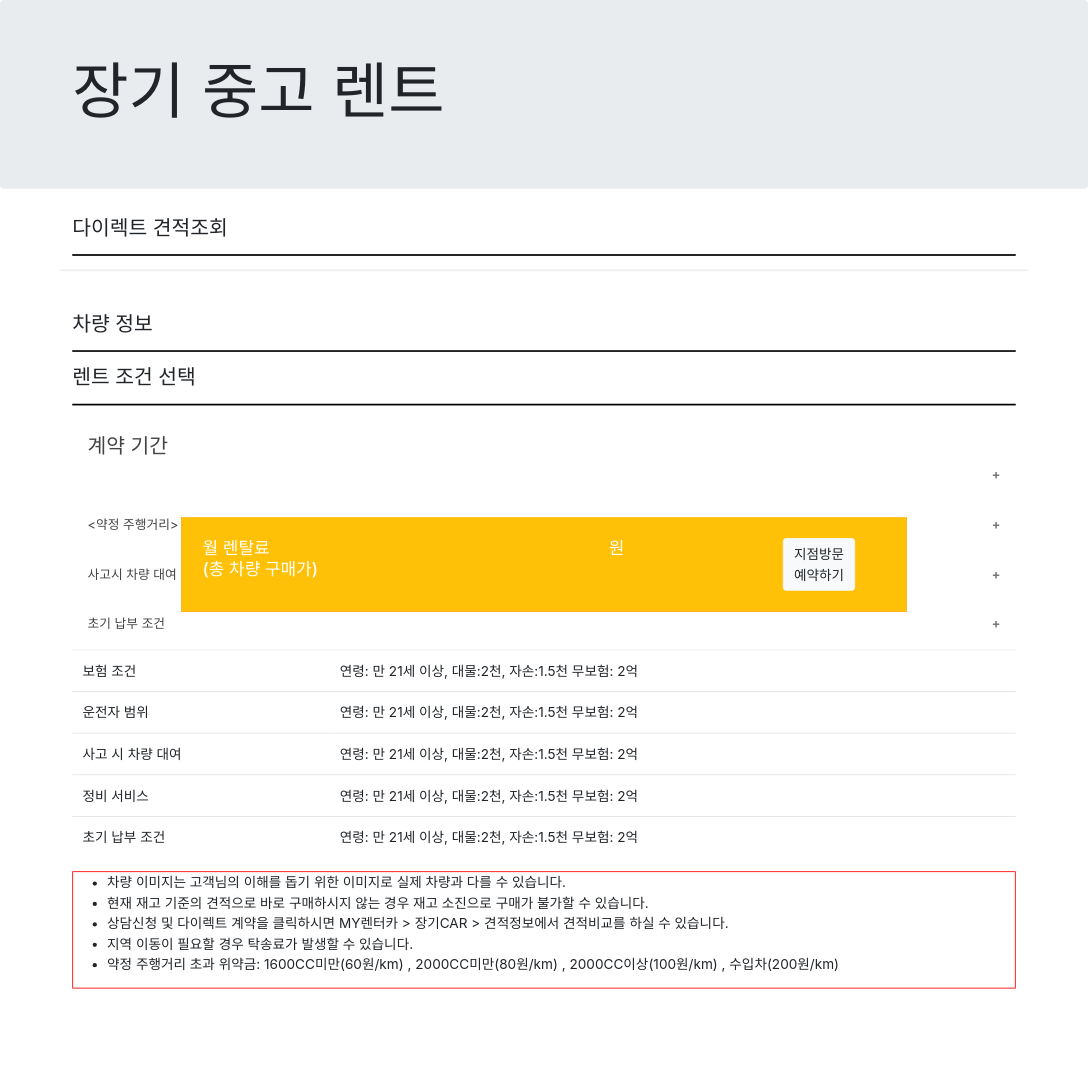
Repository: hyebinkim00/Project
Page: http://localhost/jsp/long_lent_oldcar/carLent.jsp
An editor plug-in stored every save of this project. The page is shown before and after the next save, followed by the edit.
The browser window is 1280 px wide. The pictures show the whole page, at 85% of full size.
The page is served by Tomcat 9. Other server files are loaded and not shown. Queries for data that is not in the repository find no rows.

Above is the page before, as saved 2020-09-23 00:59:39.

### jsp/WebContent/long_lent_oldcar/carLent.jsp
<%@page import="java.net.URLDecoder"%>
<%@page language="java" contentType="text/html; charset=UTF-8" pageEncoding="UTF-8"%>
<%@taglib prefix="c" uri="http://java.sun.com/jsp/jstl/core" %>
<%@taglib prefix="sql" uri="http://java.sun.com/jsp/jstl/sql"  %>
<% request.setCharacterEncoding("utf-8");
//URLEncoder.encode

String carname=request.getParameter("carname");
/* String carname = new String(request.getParameter("carname").getBytes("8859_1"), "EUC-KR"); */

%>

<!DOCTYPE html>
<html>
<head>
<meta name="viewport" content="width=device-width, initial-scale=1">
<style>
.accordion {
  background-color: white;
  color: #444;
  cursor: pointer;
  padding: 18px;
  width: 100%;
  border: none;
  text-align: left;
  outline: none;
  font-size: 15px;
  transition: 0.4s;
}

.active, .accordion:hover {
  background-color: orange;
}

.accordion:after {
  content: '\002B';
  color: #777;
  font-weight: bold;
  float: right;
  margin-left: 5px;
}

.active:after {
  content: "\2212";
}

.panel {
  padding: 0 18px;
  max-height: 0;
  overflow: hidden;
  transition: max-height 0.2s ease-out;
}

div.f{
border: 1px solid red;}
</style>
 <link rel="stylesheet" href="https://maxcdn.bootstrapcdn.com/bootstrap/4.5.2/css/bootstrap.min.css">
<meta charset="UTF-8" />
<title>장기 중고 상세</title>
<script src="https://code.jquery.com/jquery-3.5.1.min.js"></script>
<script src="https://ajax.googleapis.com/ajax/libs/jquery/3.5.1/jquery.min.js"></script>
</head>  <script src="https://maxcdn.bootstrapcdn.com/bootstrap/4.5.2/js/bootstrap.min.js"></script>
<body>
<script type="text/javascript">

		function checkTest1() {

			let testValue = document.getElementById("cntrTermMm1").value;

			document.getElementById("result1").innerHTML = testValue;



		}
</script>

<script type="text/javascript">

		function termtest(cmd) {

			let testValue = document.getElementById(cmd).value;

			document.getElementById("result2").innerHTML = testValue;

			document.getElementById("parpa").value=testValue;

		}
</script>

<script type="text/javascript">

		function checkTest3() {

			let testValue = document.getElementById("cntrTermMm3").value;

			document.getElementById("result3").innerHTML = testValue;

		}
</script>


<script type="text/javascript">

		function checkTest4() {
			let testValue = document.getElementById("cntrTermMm4").value;

			let a = document.getElementById("price").value;

			alert(testValue);

			let d= a-(a* testValue);


			alert(d);

			document.getElementById("mprice").value = d;

			document.getElementById("result4").innerHTML=d+'원';
			let o=document.getElementById("mprice").value;

			alert(o);

		}
</script>

<script>
function go(){
	let form= document.userinput;
	form.submit();

}
</script>



	<div class="jumbotron">
		<div class="container">
			<h1 class="display-3">장기 중고 렌트</h1>
		</div>
	</div>

<div class="container">
<h4>다이렉트 견적조회</h4>
<hr style="border: solid 1px black " />

	<div class="row" style="border: 1px solid #eeeeee">
		<sql:setDataSource var="dataSource"
			url="jdbc:oracle:thin:@localhost:1521:XE"
			driver="oracle.jdbc.driver.OracleDriver"
			user="hr" password="hr"/>
			<sql:query var="resultSet" dataSource="${dataSource}">
			select * from member where id=?
			 <sql:param value="${param.carname}"/>
			</sql:query>
			<c:forEach var="row" items="${resultSet.rows}">
			<div class="col-md-5" style="border-spacing: 5px;">

				<img src="../resources/images/${row.carname}.jpg" style="width: 100%;">
			</div>
			<div class="col-md-1">

			</div>
			<div class="col-md-6">
				<br><br>


				<h3>
				<c:out value="${row.carname}"/>
				</h3>

				<hr>
				<table>
					<tr>
						<td colspan="2"><span><strong>모델명</strong></span></td>
						<td><c:out value="${row.carname}"/></td>
					</tr>
					<tr>
						<td colspan="2"><span><strong>소비자 가</strong></span>  &nbsp; &nbsp; &nbsp;</td>
						<td><c:out value="${row.carprice}"/></td>
					</tr>
					<tr>
						<td colspan="2"><span><strong>계약 기간</strong></span></td>
						<td>최대<c:out value="${row.lent}"/>개월</td>
					</tr>
				</table>
				<hr>
				<p>
					표준렌탈료 &nbsp; &nbsp; &nbsp; <font size="5" color="red"> <c:out value="${row.monthprice }" /></font>원
				</p>

			</div>
			<c:set var="lentt" value="${row.lent}"/>

			</c:forEach>
		</div>



		<div>
		<br><br>
			<h4>차량 정보</h4>
			<hr style="border: solid 1px black " />
			<div>
			<sql:query var="resultSet" dataSource="${dataSource}">
			select * from member where id=?
			 <sql:param value="${param.carname}"/>
			</sql:query>
			<c:forEach var="row" items="${resultSet.rows}">
				<table class="table" id="table">
					<tr>
						<th class="bg-light text-dark">제조사</th>
						<td><c:out value="${row.facname}"></c:out></td>
						<th class="bg-light text-dark">차량번호</th>
						<td><c:out value="${row.id}"></c:out></td>
					</tr>
					<tr>
						<th class="bg-light text-dark">차종</th>
						<td><c:out value="${row.carnum}"></c:out></td>
						<th class="bg-light text-dark">최초 등록일</th>
						<td>2017-10-18</td>
					</tr>
					<tr>
						<th class="bg-light text-dark">모델명</th>
						<td colspan="3"><c:out value="${row.carname}"></c:out></td>
					</tr>
					<tr>
						<th class="bg-light text-dark">제조사차량옵션</th>
						<td colspan="3">4단자동변속기</td>
					</tr>
					<tr>
						<th class="bg-light text-dark" >제조사차량옵션2</th>
						<td colspan="3">-</td>
					</tr>
					<tr>
						<th class="bg-light text-dark">연료</th>
						<td><c:out value="${row.fuel}"/></td>
						<th class="bg-light text-dark">지점</th>
						<td><c:out value="${row.lentoffice}"/></td>
					</tr>

				</table>
				<c:set var="car_price" value="${row.monthprice }"> </c:set>
				<c:set var="car_name" value="${row.carname }"> </c:set>
				<c:set var="lent_office" value="${row.lentoffice }"> </c:set>
				<c:set var="prices" value="${row.carprice }"> </c:set>
				</c:forEach>
			</div>


		</div>

<div>
<h4> 렌트 조건 선택 </h4>
<hr style="border: solid 1px black " />


<form method="post" action="shortTerm_payment2.jsp" name="userinput" >

<input type="hidden" id="car" name="car" value="${param.carname}">
<input type="hidden" id="carn" name="carn" value="${car_name}">
<input type="hidden" id="carof" name="carof" value="${lent_office}">

<button type="button" class="accordion"><h4>계약 기간</h4><span id="result1"></span></button>
<div class="panel bg-light "><span class="col-sm-3"><strong><br>차량 운행할수 있는 총 대여기간:</strong></span>
<select name="cntrTermMm1" id="cntrTermMm1" class="option01 col-sm-3" onchange="checkTest1()" >
<c:forEach var="i" begin="1" end="${lentt}">
<option value="<c:out value="${i}"/>개월"><c:out value="${i}"/>개월</option>	</c:forEach>
</select>
<br><br>
</div>

<button type="button" class="accordion"><약정 주행거리> <span id="result2"></span></button>
<div class="panel bg-light"><span>계약기간 총 주행거리 초과 시 위약금 발생  </span>
<br><br>
<input class ="btn btn-outline-warning" type="button" id="lent_term1" name="lent_term1" value="월  2천  Km 이하" onclick="termtest('lent_term1')">
<input class ="btn btn-outline-warning" type="button" id="lent_term2" name="lent_term2" value="월  3천  Km 이하" onclick="termtest('lent_term2')">
<input class ="btn btn-outline-warning" type="button" id="lent_term3" name="lent_term3" value="월  4천  Km 이하" onclick="termtest('lent_term3')">
<input  id="parpa" name="parpa" type="hidden" value=" ">
<br><br>
</div>

<button type="button" class="accordion">사고시 차량 대여  <span id="result3"></span></button>
<div class="panel bg-light"><span>사고 발생시 대차 서비스 </span>
<select  name="cntrTermMm3" id="cntrTermMm3"  class="option03" onchange="checkTest3()" >
<option value="yes">포함</option>
<option value="no">불 포함</option>
</select>
</div>

<button type="button" class="accordion">초기 납부 조건 </button>
<div class="panel bg-light"><span>보증금을 보증보험으로 대체(보증보험 수수료 발생) </span>
<select  name="cntrTermMm4" id="cntrTermMm4"  class="option04" onchange="checkTest4()" >
<option value="0">보증 보험</option>
<option value="0.05">보증금 5%</option>
<option value="0.1">보증금 10%</option>
<option value="0.2">보증금 20%</option>
</select>

<input type="hidden" id="price" name="price" value="${car_price}">
<input type="hidden" id="mprice" name="mprice">
</div>



</form>

</div>




<table class="table talbe-hover">
<tr><td>보험 조건</td><td>연령: 만 21세 이상, 대물:2천, 자손:1.5천 무보험: 2억</td></tr>
<tr><td>운전자 범위</td><td>연령: 만 21세 이상, 대물:2천, 자손:1.5천 무보험: 2억</td></tr>
<tr><td>사고 시 차량 대여</td><td>연령: 만 21세 이상, 대물:2천, 자손:1.5천 무보험: 2억</td></tr>
<tr><td>정비 서비스</td><td>연령: 만 21세 이상, 대물:2천, 자손:1.5천 무보험: 2억</td></tr>
<tr><td>초기 납부 조건</td><td>연령: 만 21세 이상, 대물:2천, 자손:1.5천 무보험: 2억</td></tr>
</table>

<div class="f">
<ul>
<li>차량 이미지는 고객님의 이해를 돕기 위한 이미지로 실제 차량과 다를 수 있습니다.</li>
<li>현재 재고 기준의 견적으로 바로 구매하시지 않는 경우 재고 소진으로 구매가 불가할 수 있습니다.</li>
<li>상담신청 및 다이렉트 계약을 클릭하시면 <span class="cl-point2">MY렌터카 &gt; 장기CAR &gt; 견적정보</span>에서 견적비교를 하실 수 있습니다.</li>
<li>지역 이동이 필요할 경우 탁송료가 발생할 수 있습니다.</li>
<li>약정 주행거리 초과 위약금: 1600CC미만(60원/km) , 2000CC미만(80원/km) , 2000CC이상(100원/km) , 수입차(200원/km)</li>
</ul>

</div>




</div>



 <br><br><br><br><br>
<div class="container col-sm-8 fixed-bottom "  style="border:1px solid orange;">

  <div class="row d-flex p-3 bg-warning text-white ">
    <div class="col-sm-4 p-2 bg-warning"><h5>월 렌탈료<br>(총 차량 구매가)</h5></div>
    <div class="col-sm-3 p-2 bg-warning"><br></div>
    <div class="col-sm-2 p-2 bg-warning"><h5><span id="result4"><c:out value="${car_price}" />원</span><br><c:out value="${prices}" /></h5></div>
    <div class="col-sm-1 p-2 bg-warning"><br></div>
    <div class="col-sm-2 p-2 bg-warning"><button class="btn btn-light" onclick="go()">지점방문<br>예약하기</button></div>
  </div>


  <c:remove var="car_price"/>
<c:remove var="lentt"/>
<c:remove var="car_name"/>
<c:remove var="lent_office"/>
</div>






<script>
var acc = document.getElementsByClassName("accordion");
var i;

for (i = 0; i < acc.length; i++) {
  acc[i].addEventListener("click", function() {
    this.classList.toggle("active");
    var panel = this.nextElementSibling;
    if (panel.style.maxHeight) {
      panel.style.maxHeight = null;
    } else {
      panel.style.maxHeight = panel.scrollHeight + "px";
    }
  });
}
</script>

</body>
</html>

After the next save:
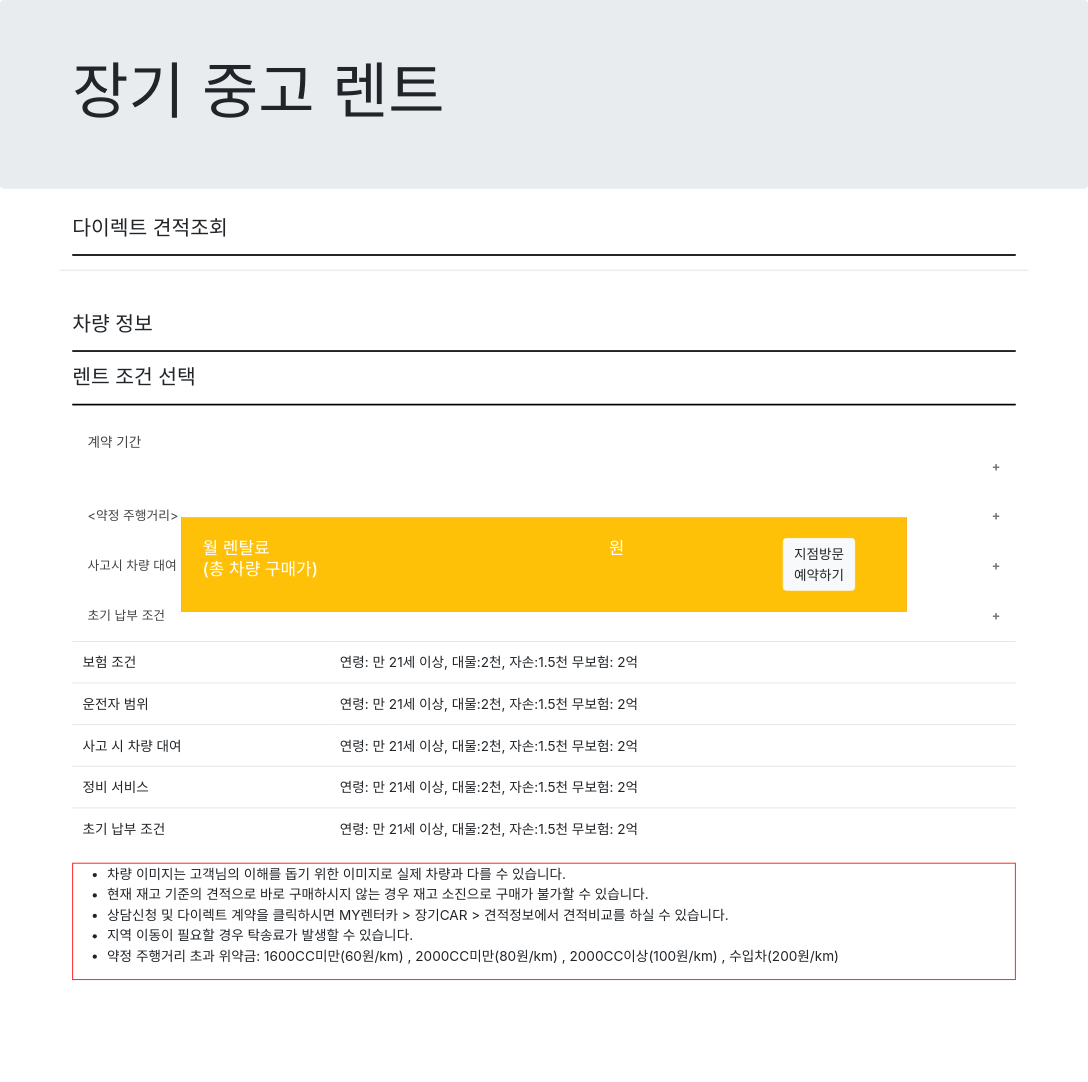
Saved 12 s later.
--- a/jsp/WebContent/long_lent_oldcar/carLent.jsp
+++ b/jsp/WebContent/long_lent_oldcar/carLent.jsp
@@ -260,7 +260,7 @@ function go(){
 <input type="hidden" id="carn" name="carn" value="${car_name}">
 <input type="hidden" id="carof" name="carof" value="${lent_office}">
 
-<button type="button" class="accordion"><h4>계약 기간</h4><span id="result1"></span></button>
+<button type="button" class="accordion"><h6>계약 기간</h6><span id="result1"></span></button>
 <div class="panel bg-light "><span class="col-sm-3"><strong><br>차량 운행할수 있는 총 대여기간:</strong></span>
 <select name="cntrTermMm1" id="cntrTermMm1" class="option01 col-sm-3" onchange="checkTest1()" >
 <c:forEach var="i" begin="1" end="${lentt}">
